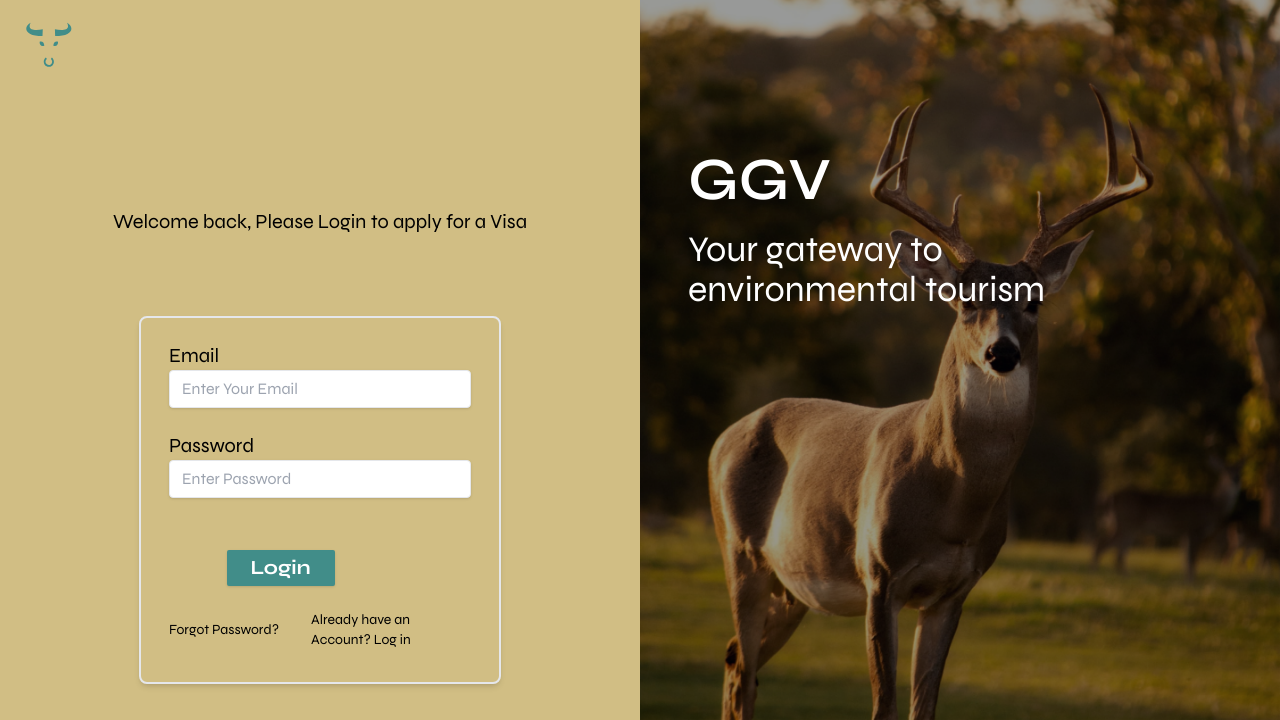
Repository: EngrAhmadUmar/landing-page
Page: /login
An editor plug-in stored every save of this project. The page is shown before and after the next save, followed by the edit.
The browser window is 1280 px wide. The pictures show the whole page.
The project was rebuilt for these pictures with package versions that can differ from the ones it lists, and the page was loaded fresh each time. The framework's server and built-in components were replaced by stand-ins that run in the browser. Also part of the build but not shown: next.config.js, styles/Home.module.css, src/Components/ApplyPageComponents/ApplyForm.jsx, src/Components/ApplyPageComponents/RegisterForm.jsx.

Above is the page before, as saved 2022-07-08 15:38:31.

### pages/_app.js
import "../styles/globals.css";
import { ApolloClient, InMemoryCache, ApolloProvider } from "@apollo/client";

//apollo clients
const client = new ApolloClient({
  uri: "http://localhost:1337/graphql",
  cache: new InMemoryCache()
});

function MyApp({ Component, pageProps }) {
  return (
    <ApolloProvider client={client}>
      <Component {...pageProps} />
    </ApolloProvider>
  );
}

export default MyApp;

### pages/login.js
import React from "react";
import {
  LoginForm,
} from "../src/Components/ApplyPageComponents/Index";

export default function Login() {
  return (
    <React.Fragment>
      <div className="bg-[#000107] font-syne ">
        <LoginForm />
      </div>
    </React.Fragment>
  );
}

### styles/globals.css
@import url("https://fonts.googleapis.com/css2?family=Poppins:wght@400;500;600&family=Syne:wght@400;500;600;700&display=swap");

@tailwind base;
@tailwind components;
@tailwind utilities;

### src/Components/ApplyPageComponents/Index.jsx
export { default as ApplyForm } from "./ApplyForm";
export { default as LoginForm } from "./LoginForm";
export { default as RegisterForm } from "./RegisterForm";

### src/Components/ApplyPageComponents/LoginForm.jsx
import { useMutation } from "@apollo/client";
import Head from "next/head";
import { useState } from "react";
import Image from "next/image";
import Link from "next/link";
import FormButton from "./FormButton";
import { AUTH_TOKEN } from "../constant";
import { LOGIN_MUTATION } from "../../mutations/auth";

const Login = () => {
  const [username, setUsername] = useState("");
  const onChangeUsername = (e) => {
    setUsername(e.target.value);
  };
  const [password, setPassword] = useState("");
  const onChangePassword = (e) => {
    setPassword(e.target.value);
  };

  const onSubmit = (e) => {
    e.preventDefault();
    if (username === "" || password === "") {
      return alert("please fill in all fields");
    }
    login(username, password);

    setUsername("");
    setPassword("");
  };

  const [login, { data, loading, error }] = useMutation(LOGIN_MUTATION, {
    variables: {
      username: username,
      password: password
    }
  });

  if (data) {
    localStorage.setItem(AUTH_TOKEN, data.login.jwt);
    console.log(data);
    localStorage.setItem("user", JSON.stringify(data));
    console.log("user logged in");
  }

  return (
    <div className="font-syne bg-[#d1be84] bg-cover grid grid-col-1 md:grid-cols-2 md:h-[100vh]">
      <Head>
        <title>Login</title>
        <meta name="description" content="Login to GGV" />
      </Head>
      <div className="h-[100vh]">
        <div className="w-[50px] h-40 pt-5 ml-6">
          <Image
            src="/logo.svg"
            layout="responsive"
            width={5}
            height={5}
            opacity={100}
          />
        </div>
        <h3 className="text-center text-xl mt-[3rem]">
          Welcome back, Please Login to apply for a Visa
        </h3>
        <div className="flex justify-center">
          <form
            onSubmit={onSubmit}
            className="pt-6 pb-8 mb-4 mt-[5rem] border-2 rounded-lg shadow-md px-7 border-gray "
          >
            <div className="mb-6">
              <label className="text-lg md:text-xl">Email</label>
              <input
                type="email"
                className="w-full px-3 py-2 leading-tight text-gray-700 border rounded shadow appearance-none focus:outline-none focus:shadow-outline"
                name="username"
                onChange={onChangeUsername}
                placeholder="Enter Your Email"
                value={username}
              />
            </div>

            <div className="mb-4">
              <label className="text-lg md:text-xl">Password</label>
              <input
                type="password"
                name="password"
                value={password}
                onChange={onChangePassword}
                placeholder="Enter Password"
                className="w-full px-3 py-2 leading-tight text-gray-700 border rounded shadow appearance-none focus:outline-none focus:shadow-outline"
              />
            </div>

            <div className="mt-5 ml-[8vh]">
              <FormButton buttonInfo={loading ? "Sending" : "Login"} />
            </div>
            <div className="text-sm flex items-center justify-between mt-3  cursor-pointer">
              <h3 className="hover:text-green">Forgot Password?</h3>
              <Link href="/login">
                <h3 className="hover:text-green max-w-[10rem]">
                  Already have an Account? Log in
                </h3>
              </Link>
            </div>
          </form>
        </div>
      </div>

      <div className="hidden md:flex bg-[url('/apply_for_visa_bg.png')]  bg-cover bg-no-repeat sm:bg-center md:bg-bottom lg:bg-bottom xl:bg-bottom 2xl:center">
        <div className="mt-[50px] md:mt-[150px] mx-4 md:mx-12">
          <h3
            className=" text-white
           text-4xl md:text-5xl lg:text-6xl font-semibold"
          >
            GGV
          </h3>
          <p className="max-w-md md:max-w-xl text-2xl md:text-4xl mt-5 text-white">
            Your gateway to <br></br>environmental tourism
          </p>
        </div>
      </div>
    </div>
  );
};

export default Login;

### src/Components/ApplyPageComponents/FormButton.jsx
const FormButton = ({ buttonInfo }) => {
  return (
    <button className="shadow bg-green focus:shadow-outline focus:outline-none text-white font-bold px-6 md:text-xl  rounded-sm mt-8 mb-3 py-1">
      {buttonInfo}
    </button>
  );
};

export default FormButton;

### src/mutations/auth.jsx
import { gql } from "@apollo/client";

const SIGNUP_MUTATION = gql`
  mutation  register($username: String!, $password: String!, $email:String!) {
    register(input: {username:$username, email: $email password:$password}) {
        jwt
        user {
            id
            email
            username
        }
    }
}

`;

const LOGIN_MUTATION = gql`
  mutation  login($username: String!, $password: String!) {
    login(input: {identifier:$username, password:$password}) {
        jwt
        user {
            id
            email
        }
    }
}

`;


export { SIGNUP_MUTATION, LOGIN_MUTATION };

### tailwind.config.js
/** @type {import('tailwindcss').Config} */
module.exports = {
  content: [
    "./pages/**/*.{js,ts,jsx,tsx}",
    "./components/**/*.{js,ts,jsx,tsx}",
    "./src/Components/**/*.{js,ts,jsx,tsx}"
  ],
  theme: {
    extend: {
      colors: {
        black: "#000107",
        green: "#418D89"
      },
      fontFamily: {
        syne: ["Syne"]
      }
    }
  },
  plugins: []
};

Loaded but not shown: src/Components/constant.jsx (common file)

After the next save:
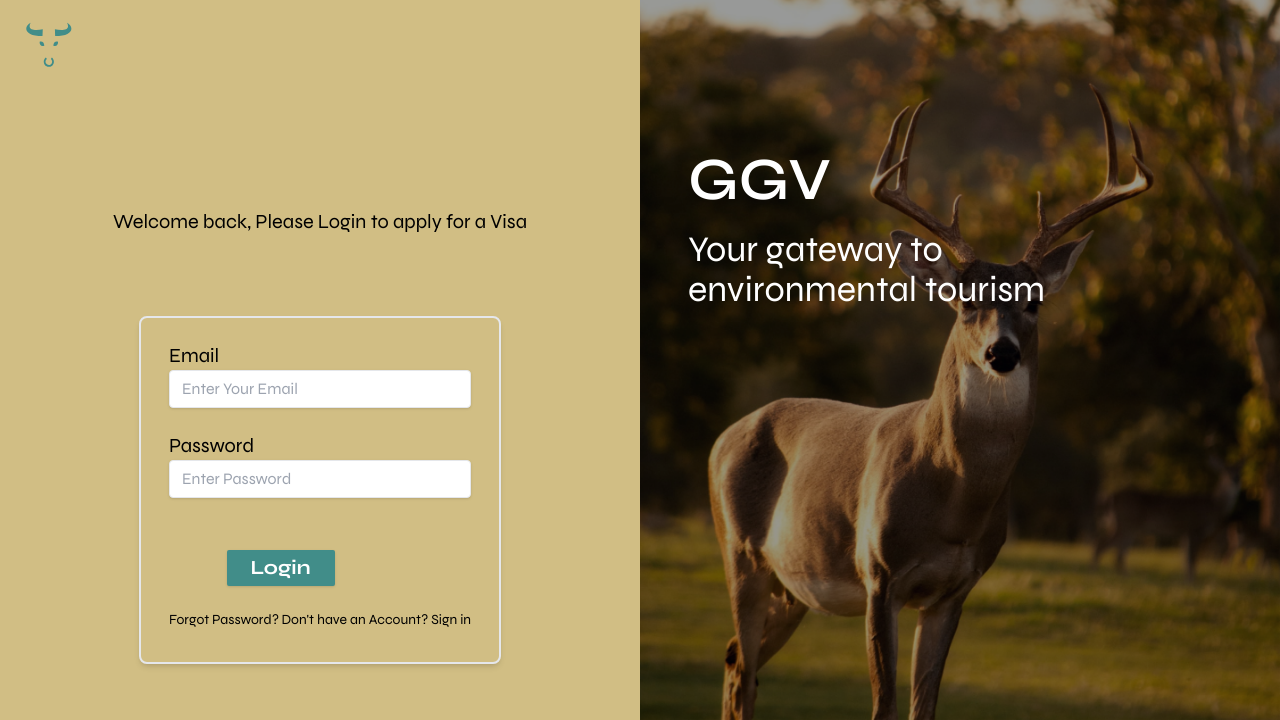
Saved 55 s later.
--- a/src/Components/ApplyPageComponents/LoginForm.jsx
+++ b/src/Components/ApplyPageComponents/LoginForm.jsx
@@ -96,8 +96,8 @@ const Login = () => {
             <div className="text-sm flex items-center justify-between mt-3  cursor-pointer">
               <h3 className="hover:text-green">Forgot Password?</h3>
               <Link href="/login">
-                <h3 className="hover:text-green max-w-[10rem]">
-                  Already have an Account? Log in
+                <h3 className="hover:text-green">
+                  Don't have an Account? Sign in
                 </h3>
               </Link>
             </div>
